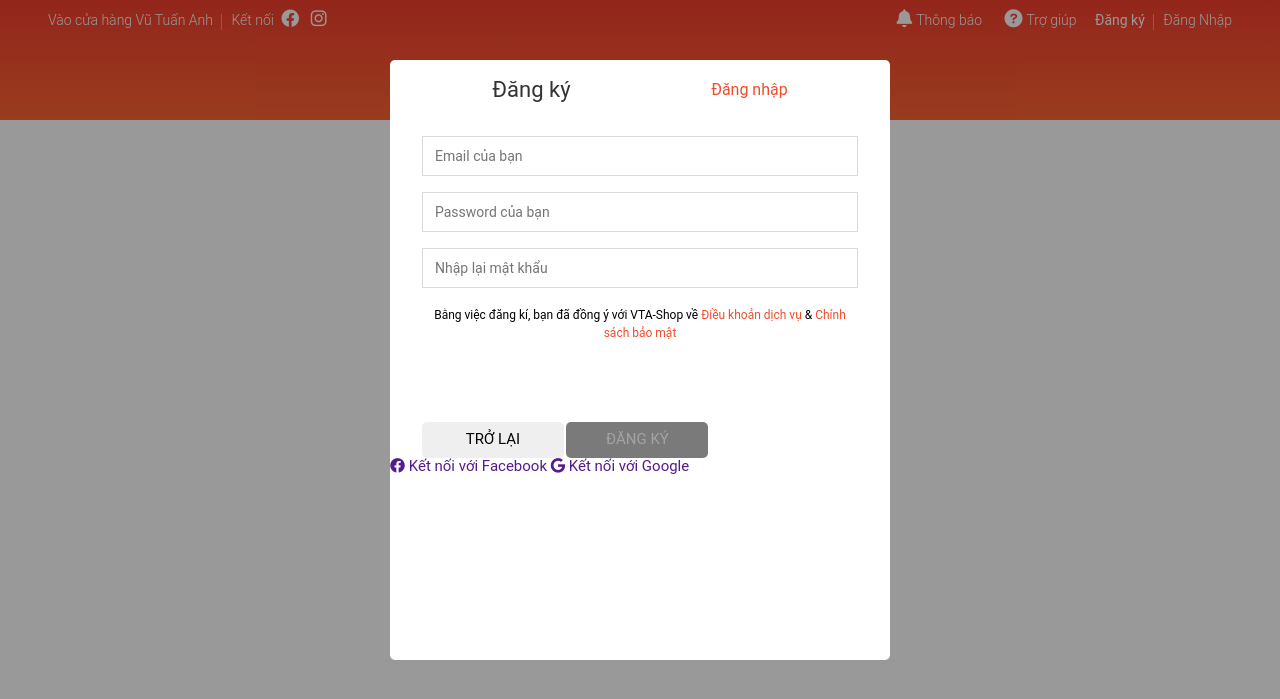
Repository: VuTuanAnh0949/Shopee
Page: index.html
The author's editor kept a copy of each file at every save. The page is drawn from the files as they stood at one save, then again after the next save.
The browser window is 1280 px wide. The pictures show the whole page.

Above is the page before, as saved 2022-02-15 09:18:12.

After the next save:
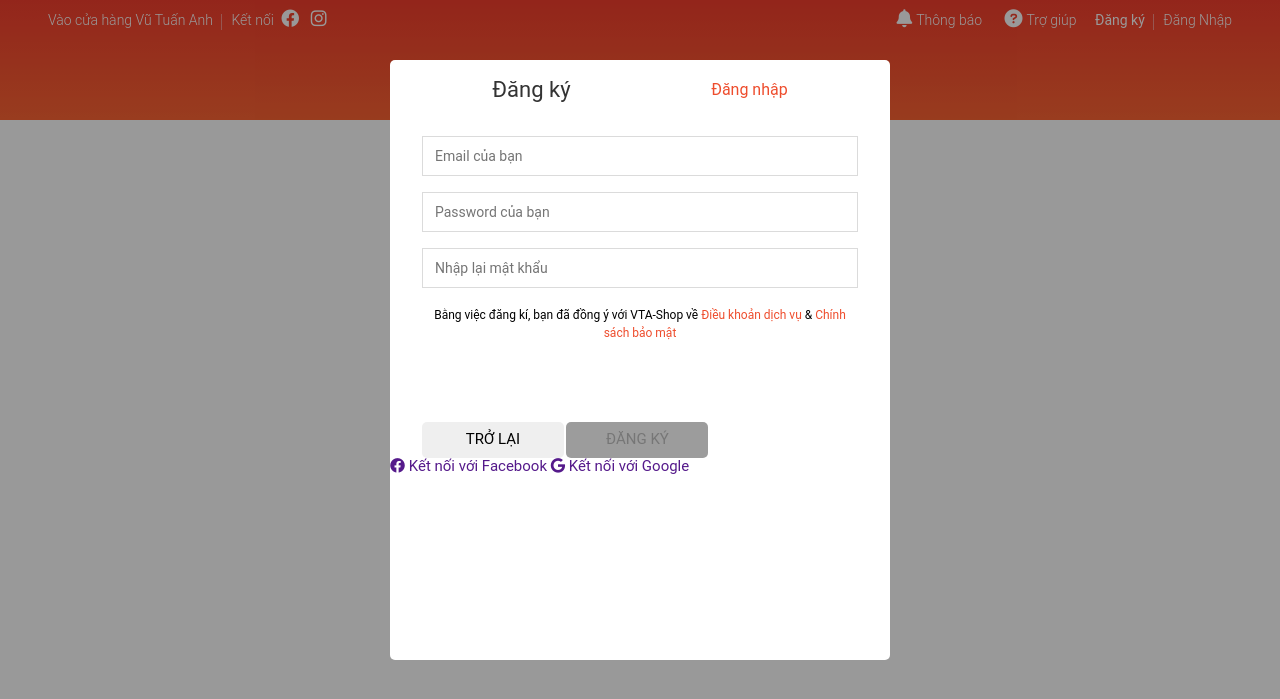
Saved 3 min 22 s later.
--- a/assets/css/base.css
+++ b/assets/css/base.css
@@ -79,8 +79,8 @@ html {
 cursor: default;
 }
 .btn.btn-disabled{
-  color: #ccc;
+  color: #949494;
   cursor: default;
-  background-color: #999;
+  background-color: #c3c3c3;
   filter: brightness(80%);
 }
